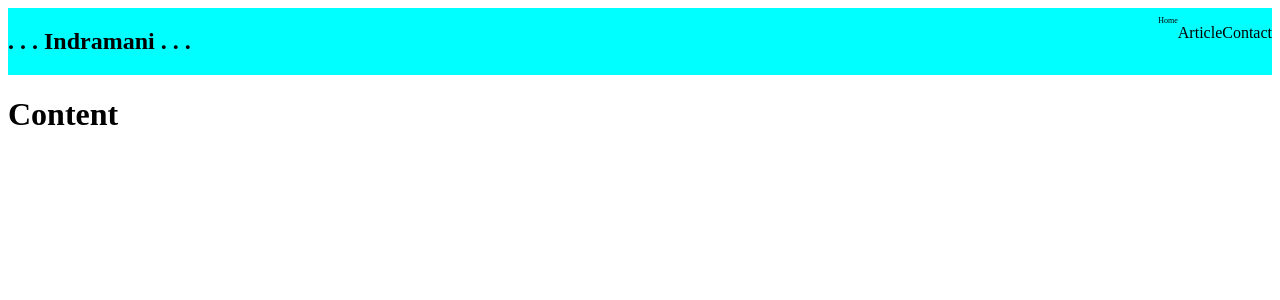
Repository: indramani7271/Indramani-First
Page: /
These files come from the project's save history. The page is drawn as it stood at one moment and after the next save; the edit follows.
The browser window is 1280 px wide. The pictures show the whole page.
The project was rebuilt for these pictures with package versions that can differ from the ones it lists, and the page was loaded fresh each time. Also part of the build but not shown: vite.config.js, src/index.css.

Above is the page before, as saved 2024-12-02 17:16:44.

### src/App.jsx
import Navbar from "./Component/Navbar";

function App() {


  return (
    <div>

<Navbar />

      <h1>Content</h1>
    </div>
  )


}


export default App;

### src/Component/Navbar.jsx
function Navbar() {
    return(
        <div style={{display:"flex" , justifyContent:"space-between", backgroundColor:"aqua"}}>

<div>
<h2>. . . Indramani . . .</h2>
</div>

<div style={{display:"flex" , justifyContent:"space-between", backgroundColor:"aqua"}}>

<p style={{fontSize:"8px"}}>Home</p>
<p>Article</p>
<p>Contact</p>

</div>

        </div>
    )

}

export default Navbar

Loaded but not shown: index.html (common file); src/main.jsx (common file)

After the next save:
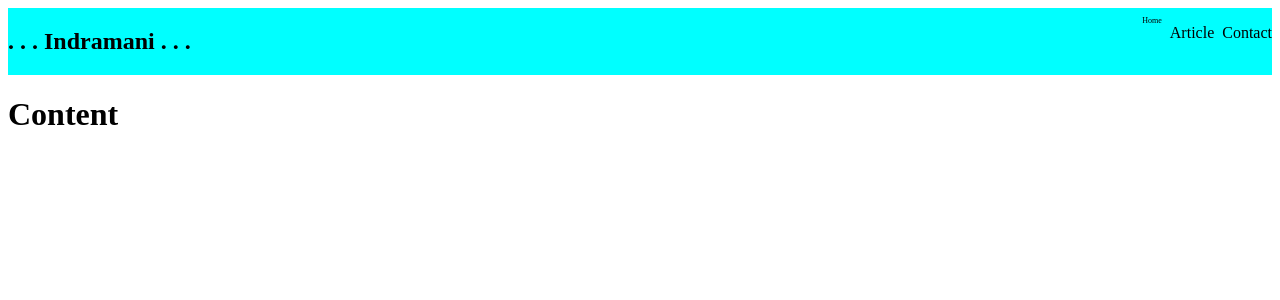
Saved 16 s later.
--- a/src/Component/Navbar.jsx
+++ b/src/Component/Navbar.jsx
@@ -6,7 +6,7 @@ function Navbar() {
 <h2>. . . Indramani . . .</h2>
 </div>
 
-<div style={{display:"flex" , justifyContent:"space-between", backgroundColor:"aqua"}}>
+<div style={{display:"flex" , justifyContent:"space-between", gap:"8px", backgroundColor:"aqua"}}>
 
 <p style={{fontSize:"8px"}}>Home</p>
 <p>Article</p>
